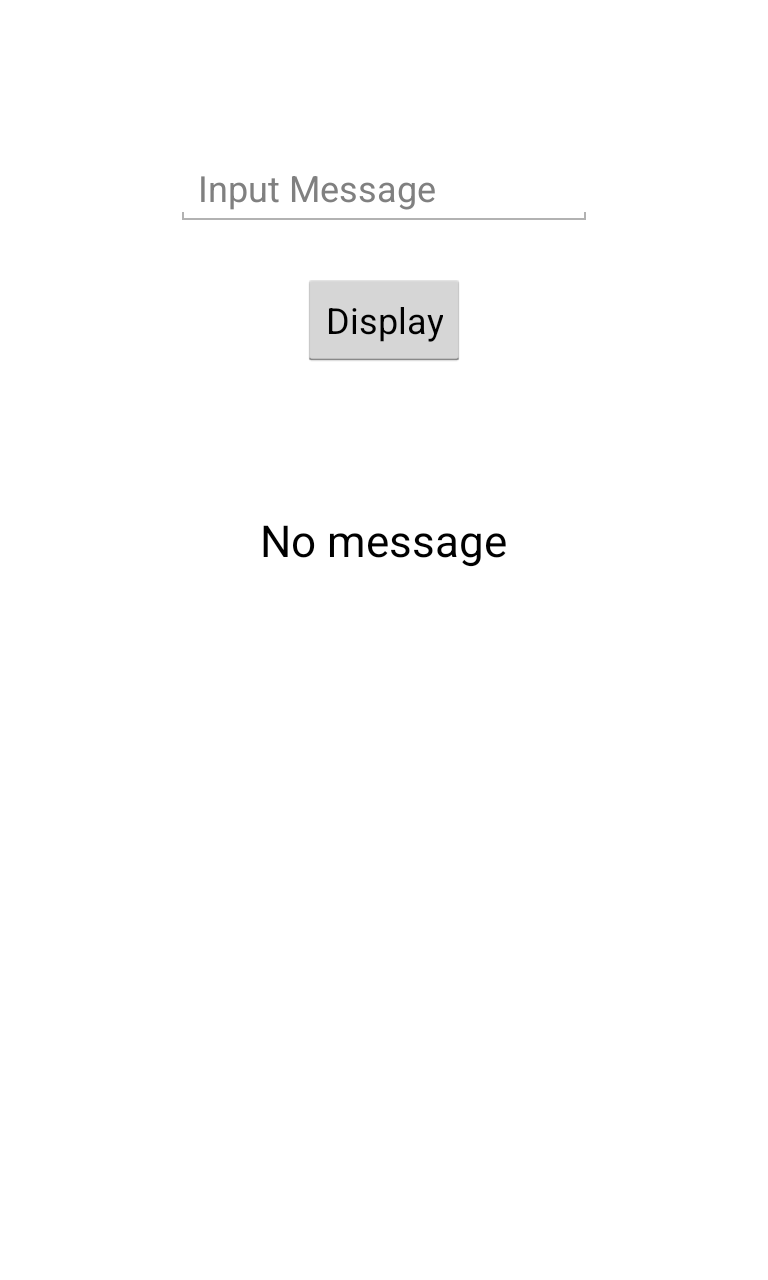
Repository: MadhuHS/JECM3
Layout: ButtonView/res/layout/activity_main.xml
These files come from the project's save history. The layout is drawn as it stood at one moment and after the next save; the edit follows.
It is drawn on a 768 x 1280 px phone screen (xhdpi) without system bars, with theme AppTheme; the app's code is not run.

Above is the layout before, as saved 2015-11-07 06:06:32.

After the next save:
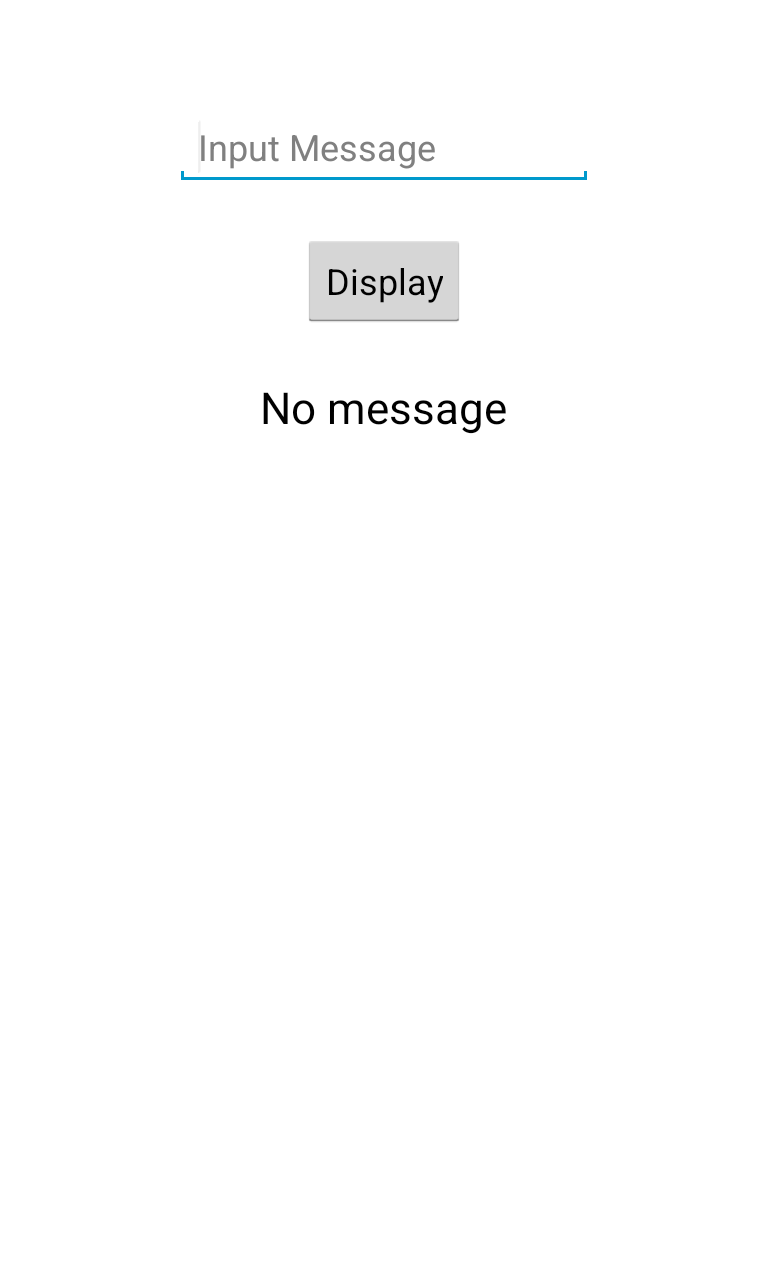
Saved 44 h 46 min later.
--- a/ButtonView/res/layout/activity_main.xml
+++ b/ButtonView/res/layout/activity_main.xml
@@ -8,25 +8,28 @@
     android:paddingTop="@dimen/activity_vertical_margin"
     tools:context=".MainActivity" >
 
+    <EditText
+        android:id="@+id/editTextinput"
+        android:layout_width="wrap_content"
+        android:layout_height="wrap_content"
+        android:layout_alignParentTop="true"
+        android:layout_centerHorizontal="true"
+        android:layout_marginTop="38dp"
+        android:ems="10"
+        android:hint="Input Message" >
+
+        <requestFocus />
+    </EditText>
+
     <Button
         android:id="@+id/buttondisplay"
         android:layout_width="wrap_content"
         android:layout_height="wrap_content"
-        android:layout_alignParentTop="true"
+        android:layout_below="@+id/editTextinput"
         android:layout_centerHorizontal="true"
-        android:layout_marginTop="120dp"
+        android:layout_marginTop="23dp"
         android:onClick="displaymessage"
         android:text="Display" />
-
-    <EditText
-        android:id="@+id/editTextinput"
-        android:layout_width="wrap_content"
-        android:layout_height="wrap_content"
-        android:layout_alignBottom="@+id/buttondisplay"
-        android:layout_centerHorizontal="true"
-        android:layout_marginBottom="70dp"
-        android:ems="10"
-        android:hint="Input Message" />
 
     <TextView
         android:id="@+id/textViewoutput"
@@ -34,7 +37,7 @@
         android:layout_height="wrap_content"
         android:layout_below="@+id/buttondisplay"
         android:layout_centerHorizontal="true"
-        android:layout_marginTop="71dp"
+        android:layout_marginTop="24dp"
         android:text="No message"
         android:textAppearance="?android:attr/textAppearanceLarge" />
 
